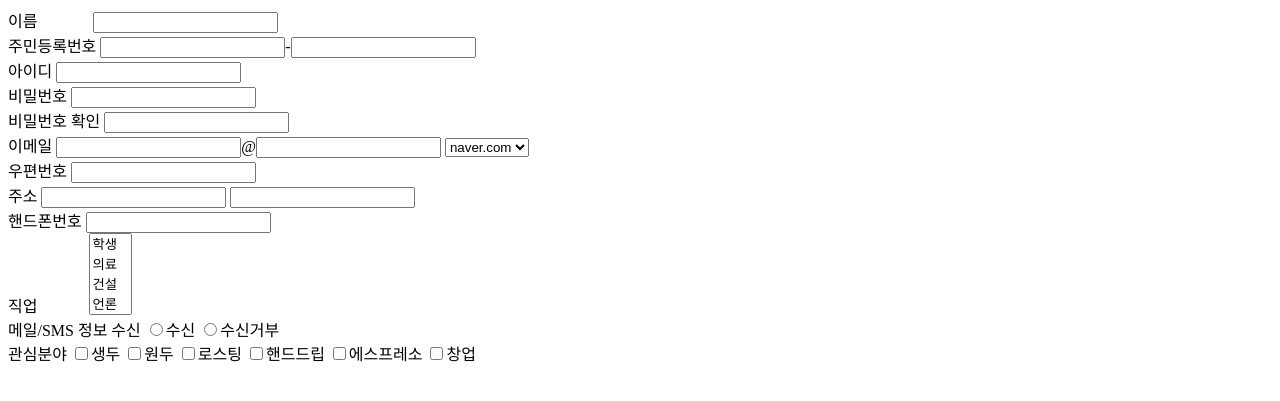
Repository: Yoon-jae-min/JSP-Servlet_Study
Page: http://localhost/self-study-01/join.jsp
These files come from the project's save history. The page is drawn as it stood at one moment and after the next save; the edit follows.
The browser window is 1280 px wide. The pictures show the whole page.
The page is served by Tomcat 10. Other server files are loaded and not shown.

Above is the page before, as saved 2024-06-06 12:02:48.

### JSP&Servlet-selfStudy/self-study-01/src/main/webapp/join.jsp
<%@ page language="java" contentType="text/html; charset=EUC-KR"
    pageEncoding="EUC-KR"%>
<!DOCTYPE html>
<html>
<head>
<meta charset="EUC-KR">
<title>Insert title here</title>
</head>
<body>
	<form method="post">
		<label>이름 &emsp;&emsp;&emsp;</label>
			<input type="text" name="name"><br>
		<label>주민등록번호</label>
			<input type="text" name="numFront">-<input type="password" name="numBehind"><br>
		<label>아이디</label>
			<input type="text" name="id"><br>
		<label>비밀번호</label>
			<input type="password" name="password"><br>
		<label>비밀번호 확인</label>
			<input type="password" name="paswordCheck"><br>
		<label>이메일</label>
			<input type="text" name="emailFront">@<input type="text" name="emailBehind">
			<select>
				<option>naver.com</option>
				<option>daum.net</option>
				<option>nate.com</option>
				<option>gmail.com</option>
			</select><br>
		<label>우편번호</label>
			<input type="text" name="addressNumber"><br>
		<label>주소</label>
			<input type="text" name="addressFront">
			<input type="text" name="addressBehind"><br>
		<label>핸드폰번호</label>
			<input type="text" name="telNum"><br>
		<label>직업&emsp;&emsp;&emsp;</label>
			<select name="job" size="4">
				<option>학생</option>
				<option>의료</option>
				<option>건설</option>
				<option>언론</option>
				<option>공무원</option>
			</select><br>
		<label>메일/SMS 정보 수신</label>
			<input type="radio" name="inform" value="ok">수신
			<input type="radio" name="inform" value="no">수신거부<br>
		<label>관심분야</label>
			<input type="checkbox" name="interest" value="생두">생두
			<input type="checkbox" name="interest" value="원두">원두
			<input type="checkbox" name="interest" value="로스팅">로스팅
			<input type="checkbox" name="interest" value="핸드드립">핸드드립
			<input type="checkbox" name="interest" value="에스프레소">에스프레소
			<input type="checkbox" name="interest" value="창업">창업
	</form>
</body>
</html>

After the next save:
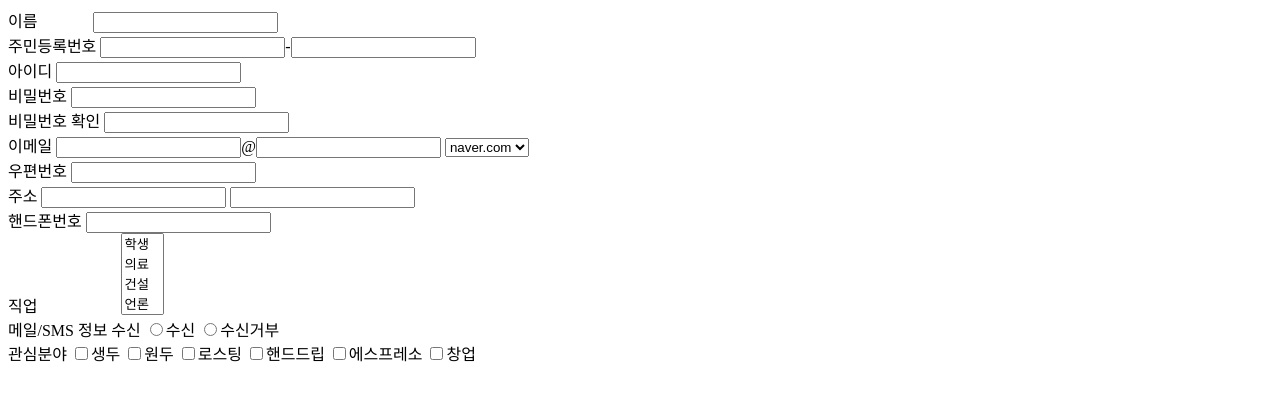
Saved 10 s later.
--- a/JSP&Servlet-selfStudy/self-study-01/src/main/webapp/join.jsp
+++ b/JSP&Servlet-selfStudy/self-study-01/src/main/webapp/join.jsp
@@ -33,7 +33,7 @@
 			<input type="text" name="addressBehind"><br>
 		<label>핸드폰번호</label>
 			<input type="text" name="telNum"><br>
-		<label>직업&emsp;&emsp;&emsp;</label>
+		<label>직업&emsp;&emsp;&emsp;&emsp;&emsp;</label>
 			<select name="job" size="4">
 				<option>학생</option>
 				<option>의료</option>
